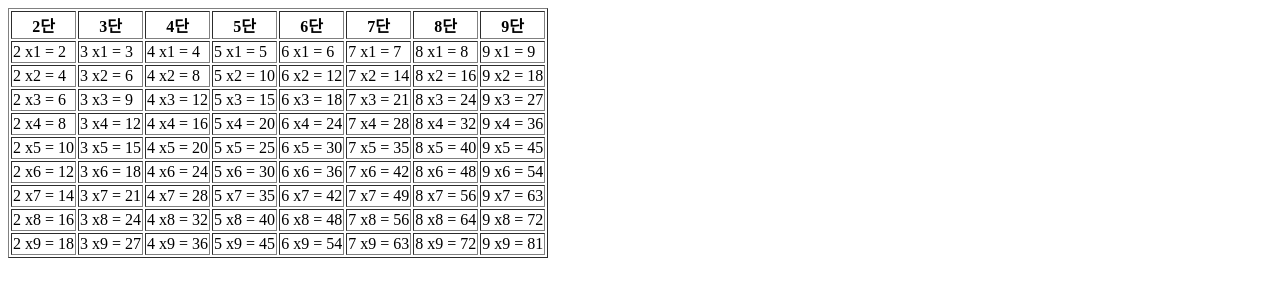
Repository: gom0109/JSP_DK
Page: http://localhost/01_Basic/01_basic/Ex12_김동욱.jsp
An editor plug-in stored every save of this project. The page is shown before and after the next save, followed by the edit.
The browser window is 1280 px wide. The pictures show the whole page.
The page is served by Tomcat 9.

Above is the page before, as saved 2021-01-19 04:54:49.

### 01_Basic/WebContent/01_basic/Ex12_김동욱.jsp
<%@ page language="java" contentType="text/html; charset=UTF-8"
	pageEncoding="UTF-8"%>
<!-- jsp 구구단 -->

<table border="1">
	<tr>
		<%
			for (int z = 2; z <= 9; z++) {
		%>
		<th background-color="pink"><%=z%>단</th>
		<%
			}
		%>
	</tr>


	<%
		for (int i = 1; i <= 9; i++) {
	%>
	<tr>
		<%
			for (int j = 2; j <= 9; j++) {
		%>
		<td><%=j%> x<%=i%> = <%=i * j%></td>
		<%
			}
		%>
	</tr>
	<%
		}
	%>




</table>

After the next save:
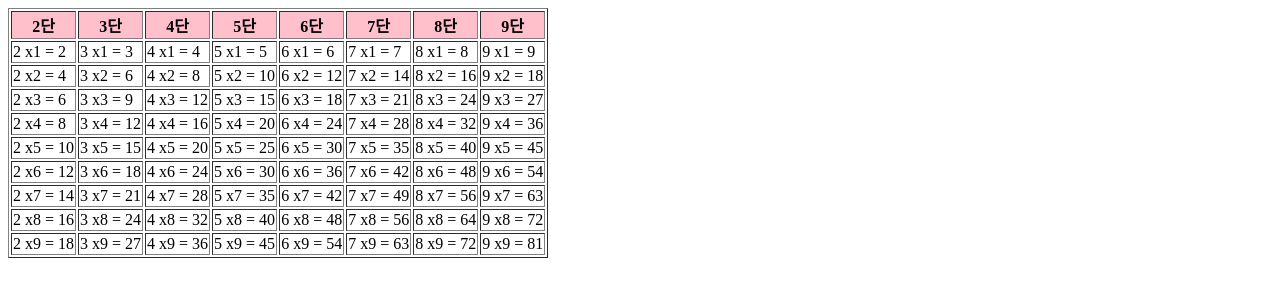
Saved 33 s later.
--- a/01_Basic/WebContent/01_basic/Ex12_김동욱.jsp
+++ b/01_Basic/WebContent/01_basic/Ex12_김동욱.jsp
@@ -1,13 +1,19 @@
 <%@ page language="java" contentType="text/html; charset=UTF-8"
 	pageEncoding="UTF-8"%>
 <!-- jsp 구구단 -->
+<style type="text/css">
+ th{
+ 	background: pink
+ }
+</style>
+
 
 <table border="1">
 	<tr>
 		<%
 			for (int z = 2; z <= 9; z++) {
 		%>
-		<th background-color="pink"><%=z%>단</th>
+		<th><%=z%>단</th>
 		<%
 			}
 		%>
